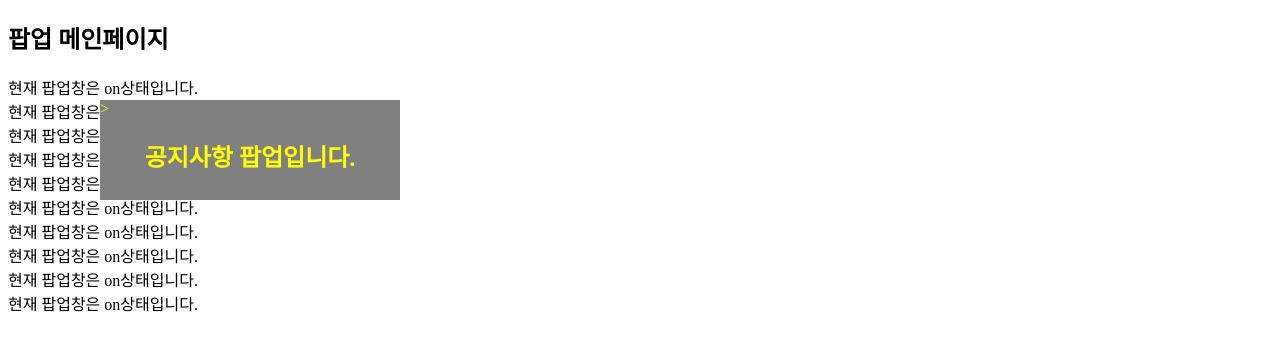
Repository: bhj305/JSP_Servlet
Page: http://localhost/MustHaveJSP/04Cookie/PopupMain_0.1.jsp
These files come from the project's save history. The page is drawn as it stood at one moment and after the next save; the edit follows.
The browser window is 1280 px wide. The pictures show the whole page.
The page is served by Tomcat 10. Other server files are loaded and not shown.

Above is the page before, as saved 2025-05-07 05:49:08.

### MustHaveJSP/src/main/webapp/04Cookie/PopupMain_0.1.jsp
<%@ page language="java" contentType="text/html; charset=UTF-8"
    pageEncoding="UTF-8"%>

<%
String popupMode = "on";
%>

<!DOCTYPE html>
<html>
	<head>
	<meta charset="UTF-8">
	<title>쿠키를 이용한 팝업 관리</title>
	<script src="https://ajax.googleapis.com/ajax/libs/jquery/3.7.1/jquery.min.js"></script>
	<style type="text/css">
		div#popup{
		position: absolute; top: 100px; left: 100px; color: yellow;
		width: 300px; height: 100px; background-color:gray;
		}
		div#popup>div{
		position: relative;
		width: 300px; height: 100px; background-color:#ffffff; top: 0px;
		border: 1px solid gray; padding: 10px; color: black;
		}

	</style>
	<script>
	$(function(){
	$('#closeBtn').click(function(){
		$('#popup').hide();
		});
	});
	</script>
	</head>
	<body>
	<h2>팝업 메인페이지</h2>
	<%
		for(int i =1; i<=10 ; i++){
			out.println("현재 팝업창은 "+ popupMode + "상태입니다.<br/>");
		}
		if(popupMode.equals("on")){
	%>
		<div id="popup">>
			<h2 align="center">공지사항 팝업입니다.</h2>

		</div>

	<%
		}
	%>
	</body>
</html>

After the next save:
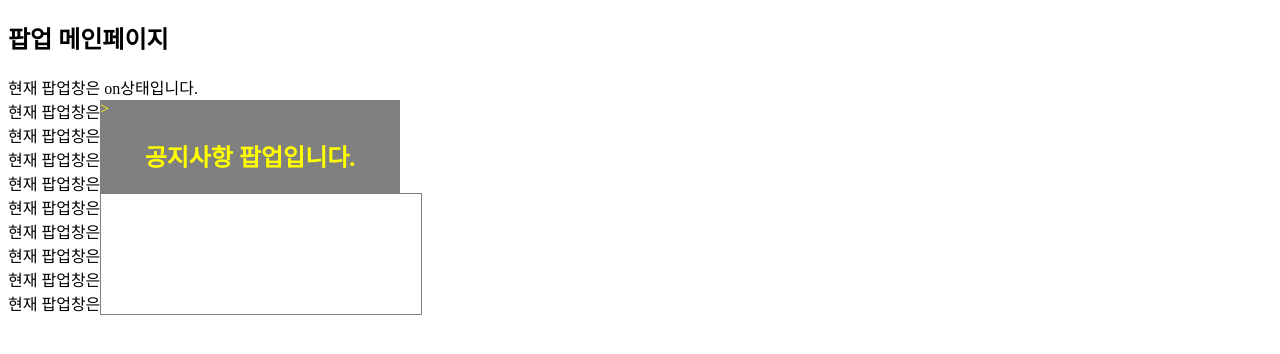
Saved 39 s later.
--- a/MustHaveJSP/src/main/webapp/04Cookie/PopupMain_0.1.jsp
+++ b/MustHaveJSP/src/main/webapp/04Cookie/PopupMain_0.1.jsp
@@ -41,6 +41,9 @@
 	%>
 		<div id="popup">>
 			<h2 align="center">공지사항 팝업입니다.</h2>
+			<div align="right"><form name="popFrm"></form>
+
+			</div>
 
 		</div>
 
